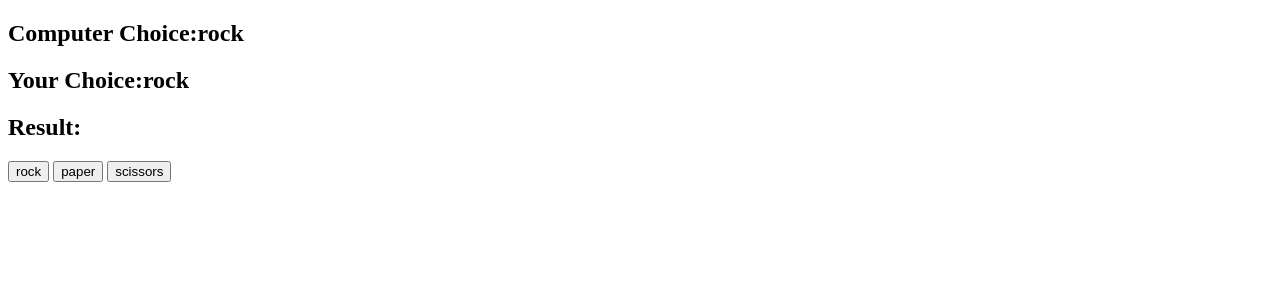
Repository: woojinShim/JavaScript-Study
Page: rsp-game/index.html
These files come from the project's save history. The page is drawn as it stood at one moment and after the next save; the edit follows.
The browser window is 1280 px wide. The pictures show the whole page.
After loading, the first visible `#rock` was clicked once.

Above is the page before, as saved 2022-04-22 01:41:40.

After the next save:
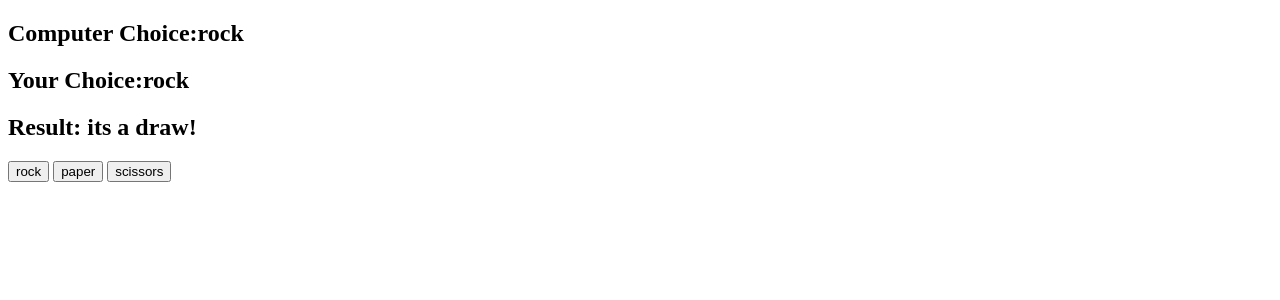
Saved 38 s later.
--- a/rsp-game/app.js
+++ b/rsp-game/app.js
@@ -51,4 +51,5 @@ function getResult() {
   if (computerChoice === "scissors" && userChoice === "paper") {
     result = "you lose!";
   }
+  resultDisplay.innerHTML = result;
 }
